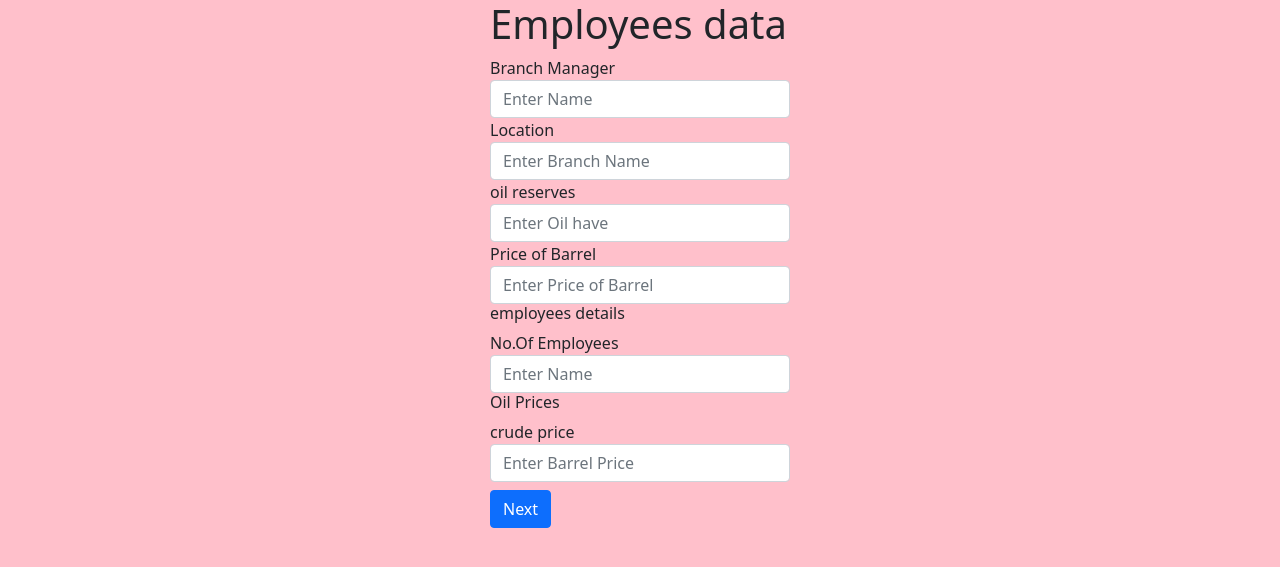
Repository: veerrajuMareddi/demo
Page: http://localhost/OilCorporation/views/save.jsp
An editor plug-in stored every save of this project. The page is shown before and after the next save, followed by the edit.
The browser window is 1280 px wide. The pictures show the whole page.
The page is served by Tomcat 9.

Above is the page before, as saved 2022-05-01 04:42:47.

After the next save:
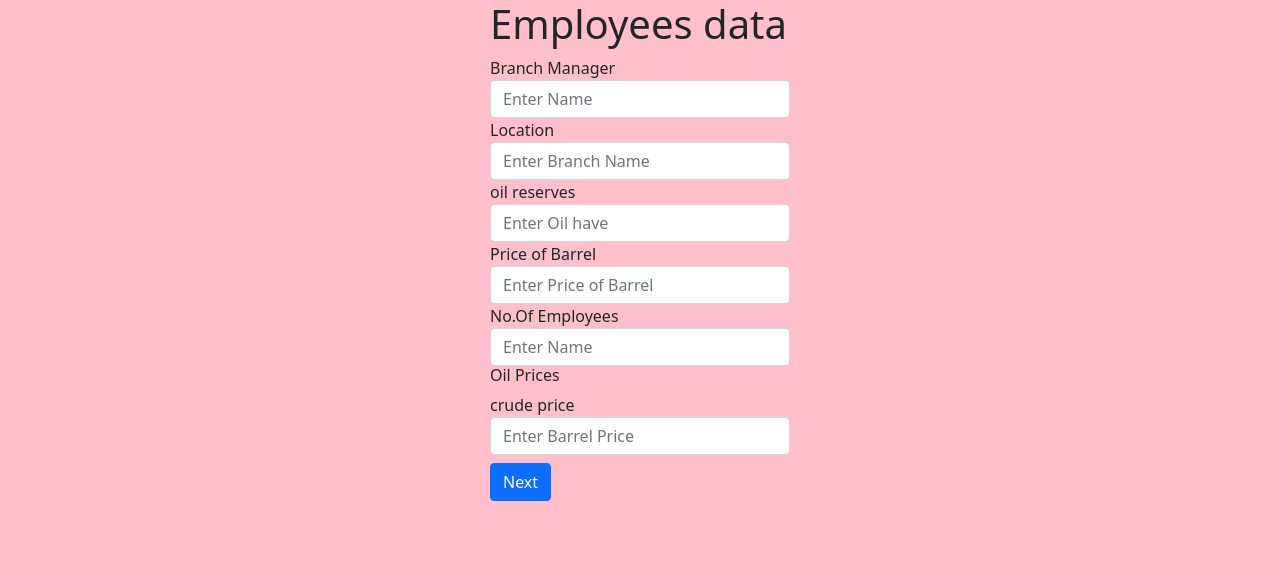
Saved 12 s later.
--- a/OilCorporation/src/main/webapp/views/save.jsp
+++ b/OilCorporation/src/main/webapp/views/save.jsp
@@ -45,8 +45,7 @@
     <label for="branchManager">Price of Barrel</label>
     <input type="number" class="form-control" name ="barrelPrice" id="branchManager" aria-describedby="emailHelp" placeholder="Enter Price of Barrel">
    </div>
-   <h6>employees details</h6>
-<div class="form-group">
+   <div class="form-group">
     <label for="branchManager">No.Of Employees</label>
     <input type="number" class="form-control" name ="emp.toatalEmployees" id="branchManager" aria-describedby="emailHelp" placeholder="Enter Name">
    </div>
